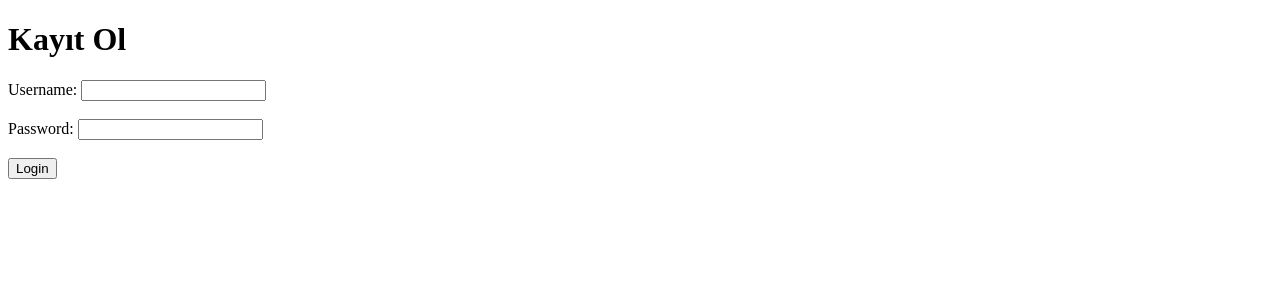
Repository: imrann0/sosyalyardim
Page: http://localhost/basic-webapp/kayitol.jsp
The author's editor kept a copy of each file at every save. The page is drawn from the files as they stood at one save, then again after a run of saves.
The browser window is 1280 px wide. The pictures show the whole page.
The page is served by Tomcat 10.

Above is the page before, as saved 2023-06-23 11:41:51.

After the next 2 saves:
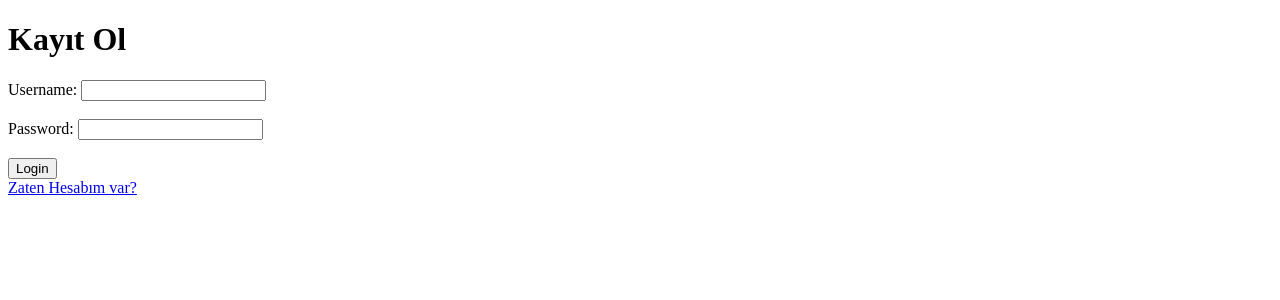
The 2 saves are shown as one change because they came seconds apart.
The last was saved 5 min 7 s later.
--- a/basic-webapp/src/main/webapp/kayitol.jsp
+++ b/basic-webapp/src/main/webapp/kayitol.jsp
@@ -15,5 +15,6 @@
         <input type="password" id="password" name="password" required><br><br>
         <input type="submit" value="Login">
     </form>
+    <a href="index.html">Zaten Hesabım var?</a>
 </body>
 </html>
